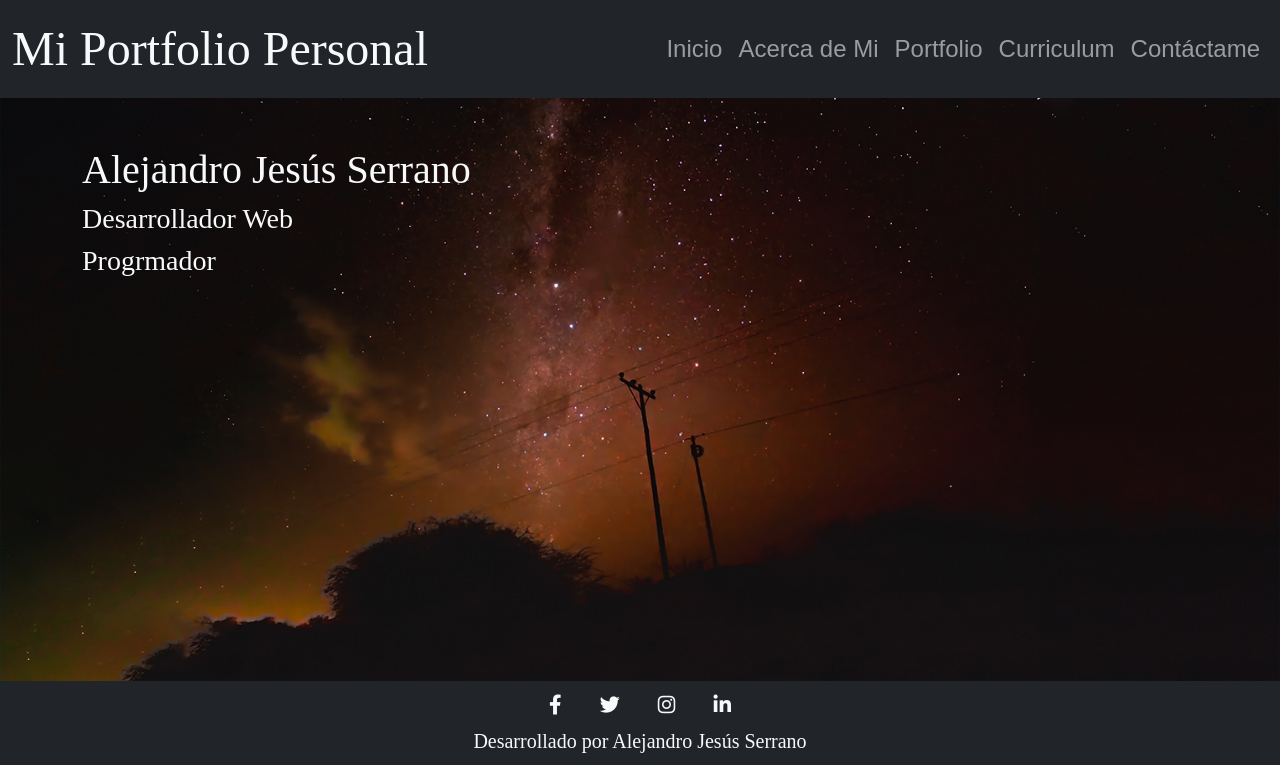
Repository: AlejandroJesusSerrano/portfolio
Page: portfolio/core/templates/core/home.html
An editor plug-in stored every save of this project. The page is shown before and after the next save, followed by the edit.
The browser window is 1280 px wide. The pictures show the whole page.
Some web fonts or font styles are not loaded; a fallback is used. The template is drawn by Django 4.2. The application's start-up code is not run. The template is opened directly, without the code that normally fills it, so the values that code supplies are empty.

Above is the page before, as saved 2023-09-06 09:12:30.

After the next save:
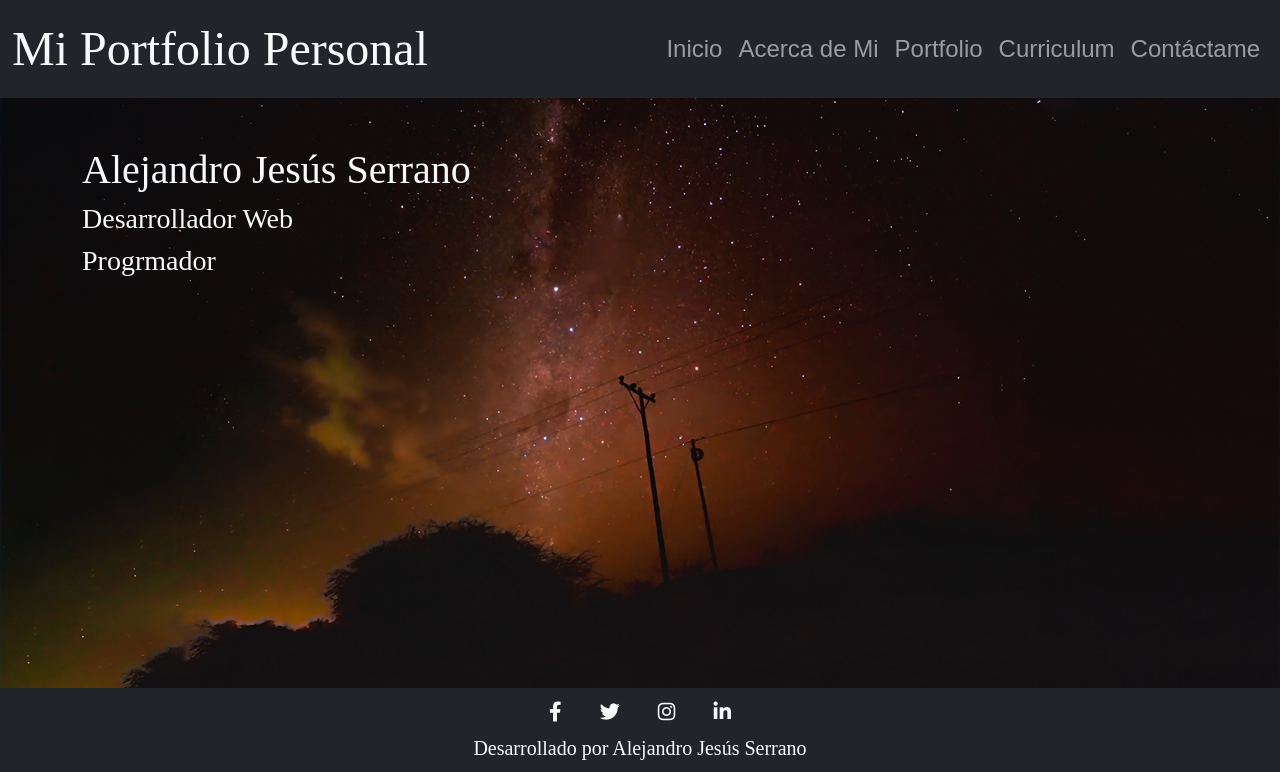
Saved 5 s later.
--- a/portfolio/static/css/styles.css
+++ b/portfolio/static/css/styles.css
@@ -26,5 +26,5 @@
   background-image: url(../img/sancarlos_noche_web.jpg);
   background-size: cover;
   background-position: center;
-  height: 81vh;
+  height: 82vh;
 }
